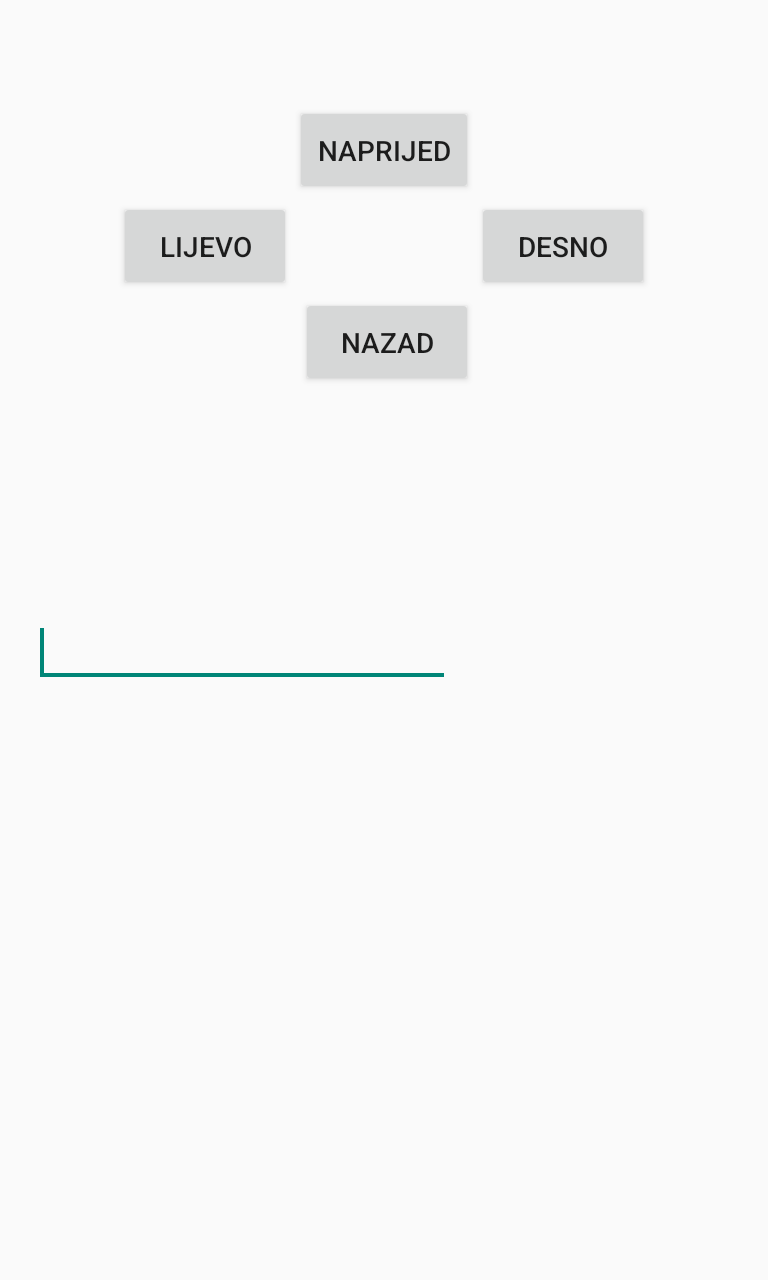
Repository: jmlakar2/Arduino
Layout: mroBot/eclipse/MroBot/res/layout/activity_main.xml
The author's editor kept a copy of each file at every save. The layout is drawn from the files as they stood at one save, then again after the next save.
It is drawn on a 768 x 1280 px phone screen (xhdpi) without system bars, with theme AppTheme; the app's code is not run.

Above is the layout before, as saved 2015-03-06 20:48:59.

### mroBot/eclipse/MroBot/res/layout/activity_main.xml
<RelativeLayout xmlns:android="http://schemas.android.com/apk/res/android"
    xmlns:tools="http://schemas.android.com/tools"
    android:layout_width="match_parent"
    android:layout_height="match_parent"
    android:paddingBottom="@dimen/activity_vertical_margin"
    android:paddingLeft="@dimen/activity_horizontal_margin"
    android:paddingRight="@dimen/activity_horizontal_margin"
    android:paddingTop="@dimen/activity_vertical_margin"
    tools:context="hr.com.mroBot.MainActivity" >

    <Button
        android:id="@+id/btnNaprijed"
        android:layout_width="wrap_content"
        android:layout_height="wrap_content"
        android:layout_alignParentTop="true"
        android:layout_centerHorizontal="true"
        android:layout_marginTop="35dp"
        android:text="Naprijed" />

    <Button
        android:id="@+id/btnDesno"
        android:layout_width="wrap_content"
        android:layout_height="wrap_content"
        android:layout_below="@+id/btnNaprijed"
        android:layout_toRightOf="@+id/btnNaprijed"
        android:text="Desno" />

    <Button
        android:id="@+id/btnLijevo"
        android:layout_width="wrap_content"
        android:layout_height="wrap_content"
        android:layout_alignBaseline="@+id/btnDesno"
        android:layout_alignBottom="@+id/btnDesno"
        android:layout_toLeftOf="@+id/btnNaprijed"
        android:text="Lijevo" />

    <Button
        android:id="@+id/btnNazad"
        android:layout_width="wrap_content"
        android:layout_height="wrap_content"
        android:layout_below="@+id/btnDesno"
        android:layout_toLeftOf="@+id/btnDesno"
        android:text="Nazad" />

    <EditText
        android:id="@+id/editText1"
        android:layout_width="wrap_content"
        android:layout_height="wrap_content"
        android:layout_alignParentLeft="true"
        android:layout_below="@+id/btnNazad"
        android:layout_marginTop="109dp"
        android:ems="10" >

        <requestFocus />
    </EditText>

</RelativeLayout>

Loaded but not shown: mroBot/eclipse/MroBot/res/values/styles.xml (common file); mroBot/eclipse/MroBot/res/values-v11/styles.xml (common file); mroBot/eclipse/MroBot/res/values-v14/styles.xml (common file); mroBot/eclipse/MroBot/res/values/dimens.xml (common file); mroBot/eclipse/MroBot/res/values-w820dp/dimens.xml (common file)

After the next save:
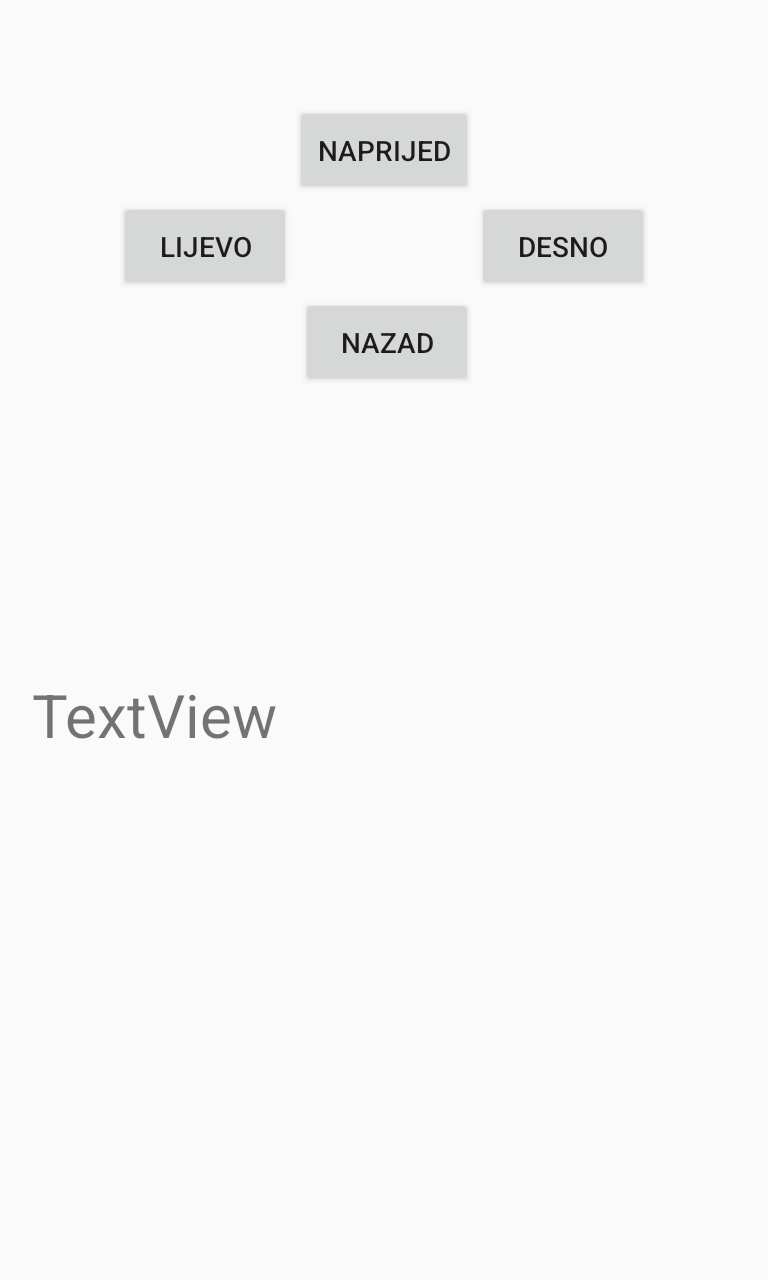
Saved 32 s later.
--- a/mroBot/eclipse/MroBot/res/layout/activity_main.xml
+++ b/mroBot/eclipse/MroBot/res/layout/activity_main.xml
@@ -42,16 +42,14 @@
         android:layout_toLeftOf="@+id/btnDesno"
         android:text="Nazad" />
 
-    <EditText
-        android:id="@+id/editText1"
+    <TextView
+        android:id="@+id/textView1"
         android:layout_width="wrap_content"
         android:layout_height="wrap_content"
         android:layout_alignParentLeft="true"
         android:layout_below="@+id/btnNazad"
-        android:layout_marginTop="109dp"
-        android:ems="10" >
-
-        <requestFocus />
-    </EditText>
+        android:layout_marginTop="142dp"
+        android:text="TextView"
+        android:textSize="30dp" />
 
 </RelativeLayout>
